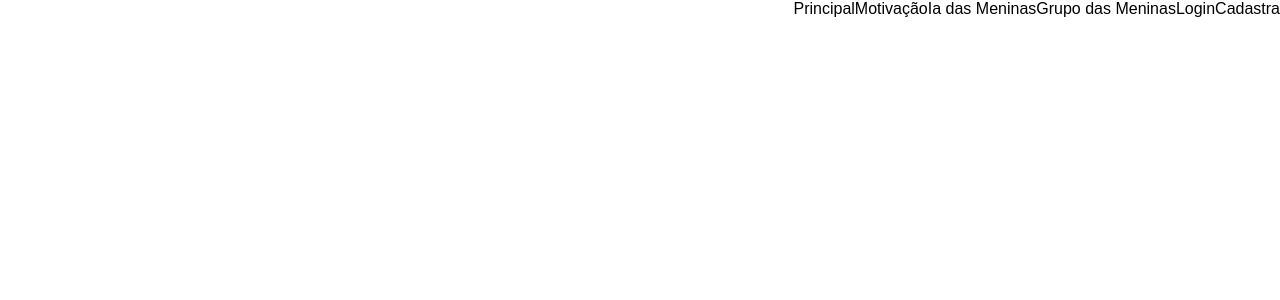
Repository: joaobatistafrontend/pref
Page: http://localhost/
An editor plug-in stored every save of this project. The page is shown before and after a run of saves, followed by the edit.
The browser window is 1280 px wide. The pictures show the whole page.
The page is served by the project's application, run on Django 4.2 (manage.py). Other server files are loaded and not shown.

Above is the page before, as saved 2024-07-26 14:53:57.

### templates/index.html
{% load  static %}
<!DOCTYPE html>
<html lang="en">
<head>
    <meta charset="UTF-8">
    <meta name="viewport" content="width=device-width, initial-scale=1.0">
    <title>Document</title>

    {% load static %}
    <link rel="stylesheet" href="{% static 'css/index.css' %}"></head>
<body>
        <nav>
            <ul>
                <li><a href="">Principal</a></li>
                <li><a href="">Motivação</a></li>
                <li><a href="">Ia das Meninas</a></li>
                <li><a href="">Grupo das Meninas</a></li>
                <li><a href="">Login</a></li>
                <li><a href="">Cadastra</a></li>
            </ul>
        </nav>
</body>
</html>

### chat_app/views.py
#https://espere.in/Build-your-chatbot-with-the-power-of-Gemini-API-using-Django/
from django.shortcuts import render, reverse
from django.contrib.auth.decorators import login_required
from .models import ChatBot
from django.http import HttpResponseRedirect, JsonResponse
import google.generativeai as genai
from .treinamentos import contexto_inicial, contexto_de_estudos
#chave api
genai.configure(api_key="AIzaSyCkg2khwEkqTQ7kYa8gVzsz2bWWpweUEO8")


@login_required
def ask_question(request):
    if request.method == "POST":
        text = request.POST.get("text")#receber o texto do user
        model = genai.GenerativeModel("gemini-pro")#modelo da ia

        chat = model.start_chat()#iniciar um chat

        #receber o texto do usuario como parametro
        response = chat.send_message(f"O assunto que vamos conversar é sobre responder perguntas frequentes e prestar suporte a assuntos relacionados às políticas públicas voltadas para as mulheres. Tenha conhecimento e forneça aconselhamento acessível para o {user}. Use as seguintes leis e contextos para ajudar: {contexto_inicial} e {contexto_de_estudos}. Foque em dados do Ceará. Mantenha o foco em responder perguntas frequentes e prestar suporte a assuntos relacionados às políticas públicas voltadas para as mulheres."
)
        user = request.user #ususario
        ChatBot.objects.create(text_input=text, gemini_output=response.text, user=user)#criar um batepapo

        response_data = {#extrair apenas a resposta
            "text": response.text,  #tranforma a resposta em texto
        }
        return JsonResponse({"data": response_data})
    else:
        return HttpResponseRedirect(
            reverse("chat")
        )


@login_required
def chat(request):
    user = request.user #saber o user autenticado
    chats = ChatBot.objects.filter(user=user)
    return render(request, "chat_bot.html", {"chats": chats})

def index(request):

    return render(request, "index.html")

### chatbot/urls.py

from django.contrib import admin
from django.urls import path, include

urlpatterns = [
    path('admin/', admin.site.urls),
    path('', include('chat_app.urls'))
]

### chat_app/urls.py

from django.contrib import admin
from django.urls import path, include
from . import views

urlpatterns = [
    path("", views.index, name="index"),
    path("ask_question/", views.ask_question, name="ask_question"),
]

### chat_app/treinamentos.py
#visão geral das políticas públicas para mulheres no Brasil
contexto_inicial = (
    "1. Visão Geral: As políticas públicas para as mulheres no Brasil têm evoluído ao longo dos anos, refletindo mudanças nas normas sociais, avanços no movimento feminista e maior reconhecimento dos direitos das mulheres.\n\n"

    "2. Marcos Históricos:\n"
    "* Criação do Conselho Nacional dos Direitos da Mulher (CNDM) em 1985.\n"
    "* Aprovação da Lei do Divórcio (Lei 6.515/1977) e da Lei dos Crimes Hediondos (Lei 8.072/1990), que incluía o feminicídio como crime hediondo.\n"
    "* Aprovação da Lei de Igualdade Salarial (Lei 7.855/1989).\n"
    "* Criação das Delegacias de Defesa da Mulher.\n\n"

    "3. Leis e Programas Recentes:\n"
    "* Aprovação da Lei Maria da Penha em 2006.\n"
    "* Criação do Programa Bolsa Família em 2003.\n"
    "* Criação do Programa de Assistência Integral à Saúde da Mulher (PAISM).\n"
    "* Política Nacional de Enfrentamento à Violência contra as Mulheres.\n\n"

    "4. Outras Iniciativas Importantes:\n"
    "* Lei de Cotas para Mulheres em Eleições em 1997.\n"
    "* Criação do Programa Pronatec Mulheres em 2011.\n"
    "* Aprovação da Lei do Feminicídio (Lei 13.104/2015).\n\n"

    "5. Medidas Recentes:\n"
    "* Lei da Importunação Sexual (Lei 13.718/2018).\n"
    "* Criação do Ligue 180 em 2013.\n"
    "* Plano Nacional de Políticas para as Mulheres (PNPM).\n"
    "* Política Nacional de Saúde Mental e Direitos das Mulheres.\n"
    "* Medidas para Promover a Igualdade de Gênero no Mercado de Trabalho.\n\n"
)

contexto_de_estudos = (
    "1. Legislação e Normas:\n"
    "  * Leis federais e estaduais: Lei Maria da Penha, Lei do Feminicídio, etc.\n"
    "  * Decretos e portarias.\n"
    "  * Normas técnicas.\n\n"

    "2. Programas e Iniciativas:\n"
    "  * Programas governamentais.\n"
    "  * Iniciativas de ONGs.\n\n"

    "3. Serviços Disponíveis:\n"
    "  * Centros de Atendimento.\n"
    "  * Telefones de Emergência.\n\n"

    "4. Estatísticas e Estudos:\n"
    "  * Dados estatísticos.\n"
    "  * Estudos e pesquisas.\n\n"

    "5. Direitos e Benefícios:\n"
    "  * Direitos das mulheres.\n"
    "  * Benefícios sociais.\n\n"

    "6. Processos e Procedimentos:\n"
    "  * Como acessar serviços.\n"
    "  * Procedimentos legais.\n\n"

    "7. Educação e Capacitação:\n"
    "  * Cursos e treinamentos.\n"
    "  * Campanhas educativas.\n\n"

    "8. Informações Regionais:\n"
    "  * Especificidades locais.\n\n"

    "Fontes de Dados:\n"
    "  * Sites oficiais do governo.\n"
    "  * Organizações internacionais.\n"
    "  * Instituições de pesquisa.\n"
    "  * Documentos legais.\n"
)

### static/css/index.css
*{
    margin: 0;
    padding: 0;
    font-family:sans-serif;
}
body{
    height: 100vh;
    /* background: linear-gradient(transparent, #213444); */
    font-family: Arial, Helvetica, sans-serif;

}
.nav{
    background-color: #fff;
}

nav ul{
    width: 100%;
    list-style: none;
    display: flex;
    justify-content: flex-end;
    align-items: center;
}
nav li{
    height: 50px;
}
nav a {
    height: 100%;
    padding: o 30px;
    text-decoration: none;
    display: flex;
    align-self: center;
    color: #000;
}

After the next 3 saves:
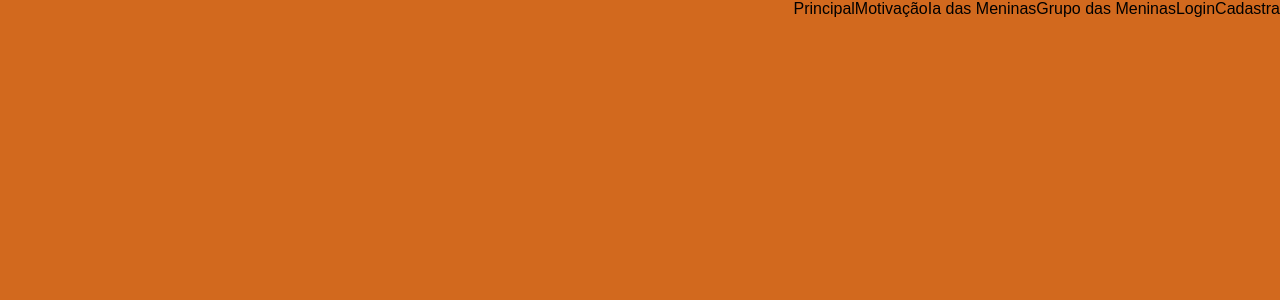
The 3 saves are shown as one change because they came seconds apart.
The last was saved 9 s later.
--- a/static/css/index.css
+++ b/static/css/index.css
@@ -5,6 +5,7 @@
 }
 body{
     height: 100vh;
+    background-color: chocolate;
     /* background: linear-gradient(transparent, #213444); */
     font-family: Arial, Helvetica, sans-serif;
 
